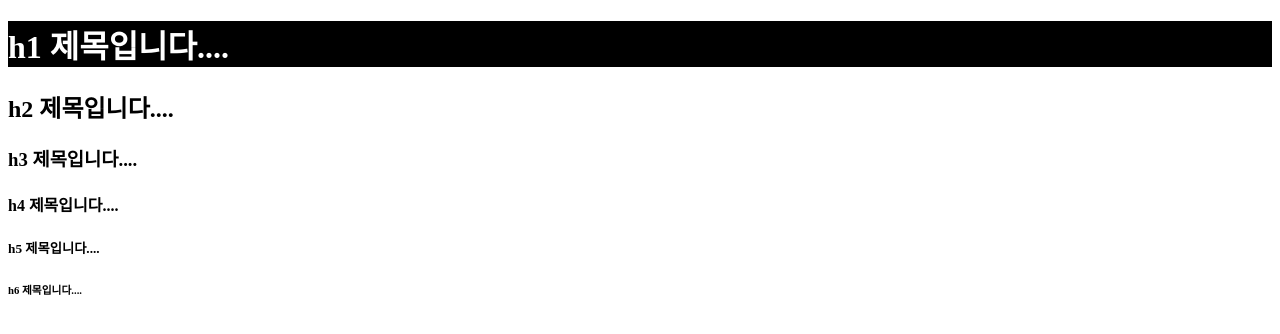
Repository: kmg8138/html
Page: 2020.04.06/ex0406/WebContent/ex01.html
These files come from the project's save history. The page is drawn as it stood at one moment and after the next save; the edit follows.
The browser window is 1280 px wide. The pictures show the whole page.

Above is the page before, as saved 2020-04-06 00:38:15.

### 2020.04.06/ex0406/WebContent/ex01.html
<!DOCTYPE html>
<html>
<head>
	<meta charset="UTF-8">
	<title>연습 1</title>
	<style>
		h1 {color:white;background:black;}

	</style>
</head>
<body>
	<!--여기는 주석입니다.-->
	<h1>h1 제목입니다....</h1>
	<h2>h2 제목입니다....</h2>
	<h3>h3 제목입니다....</h3>
	<h4>h4 제목입니다....</h4>
	<h5>h5 제목입니다....</h5>
	<h6>h6 제목입니다....</h6>
</body>
</html>

After the next save:
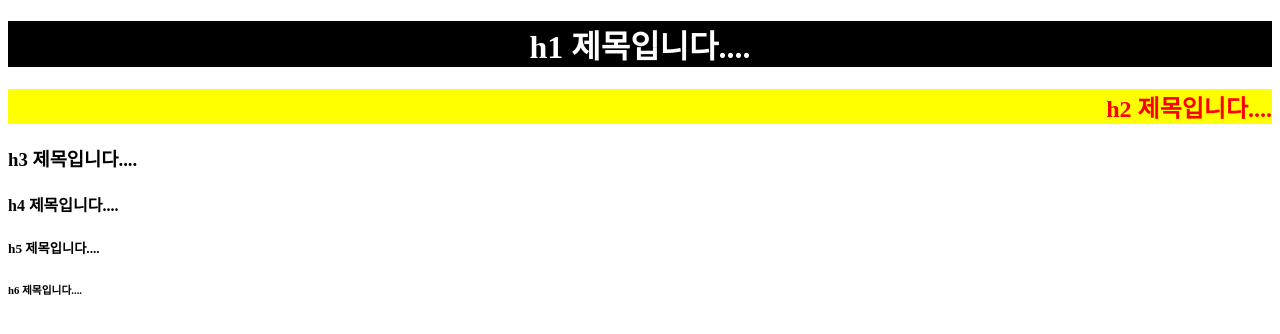
Saved 114 s later.
--- a/2020.04.06/ex0406/WebContent/ex01.html
+++ b/2020.04.06/ex0406/WebContent/ex01.html
@@ -4,7 +4,13 @@
 	<meta charset="UTF-8">
 	<title>연습 1</title>
 	<style>
-		h1 {color:white;background:black;}
+		h1 {color:white;
+		background:black;
+		text-align: center;}
+
+		h2{color:red;
+		background:yellow;
+		text-align: right;}
 
 	</style>
 </head>
